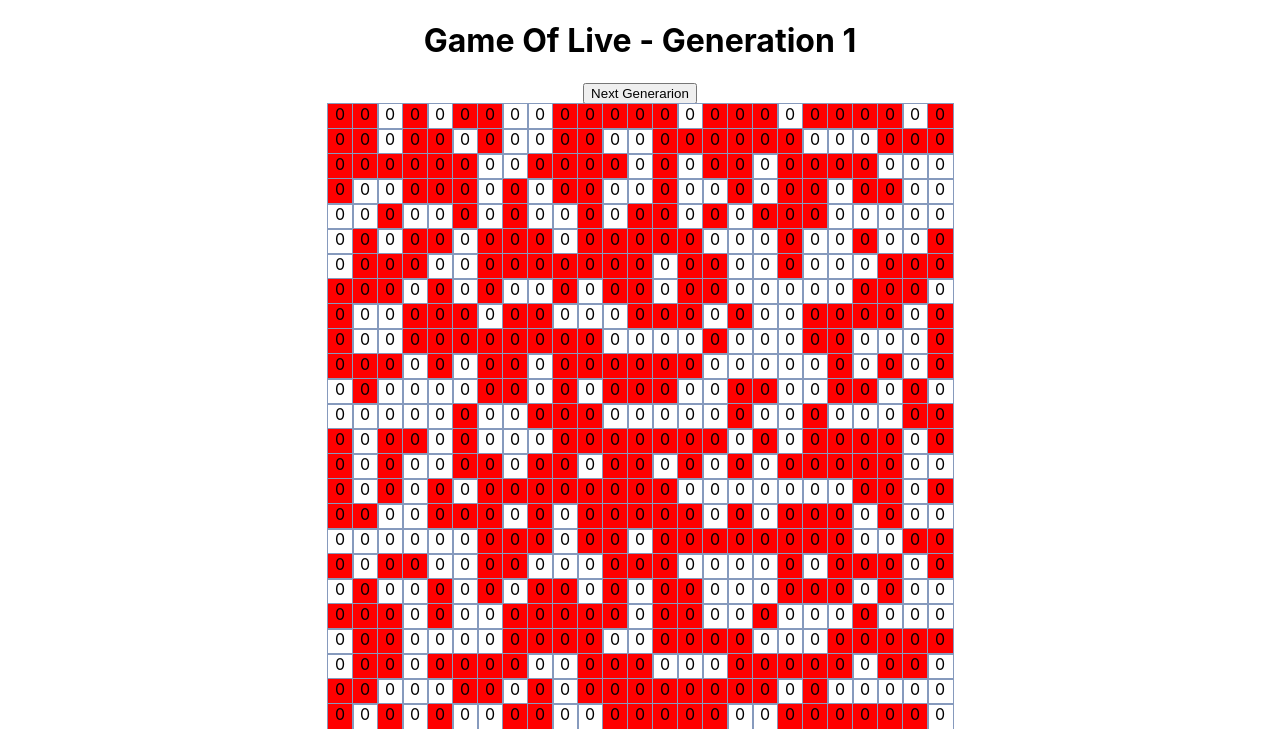
Repository: cfaguilera20/gol
Page: /
An editor plug-in stored every save of this project. The page is shown before and after the next save, followed by the edit.
The browser window is 1280 px wide. The pictures show the whole page.
The project was rebuilt for these pictures with package versions that can differ from the ones it lists, and the page was loaded fresh each time.

Above is the page before, as saved 2021-07-25 12:30:50.

After the next save:
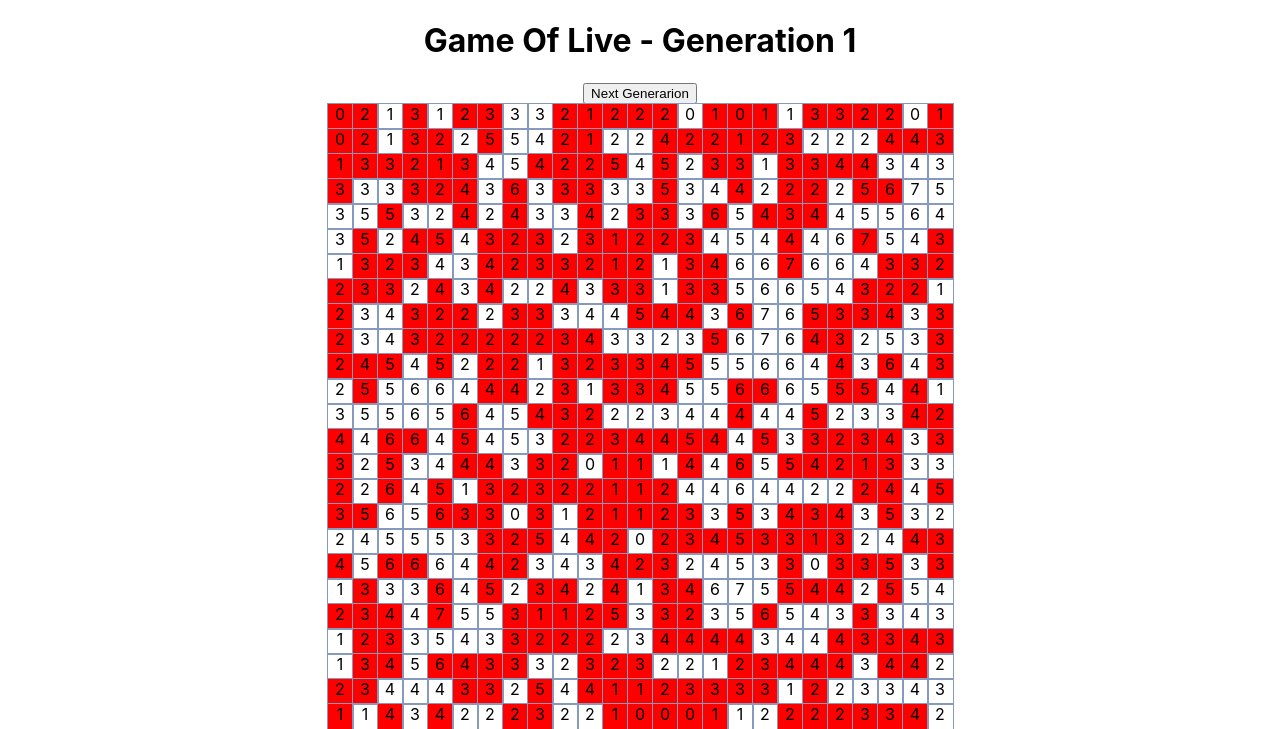
Saved 48 s later.
--- a/src/components/Board.jsx
+++ b/src/components/Board.jsx
@@ -48,13 +48,7 @@ class Cell {
     }
 
     getNeighbors() {
-        const neighbors = [];
-        for (let y = 0; y < this.size; y++) {
-            for (let x = 0; x < this.size; x++) {
-                neighbors.push(this.world[y][x]);
-            }
-        }
-        return neighbors;
+        return this.world.getNeighbors(this.x, this.y);
     }
 
     getNeighborsAlive() {
